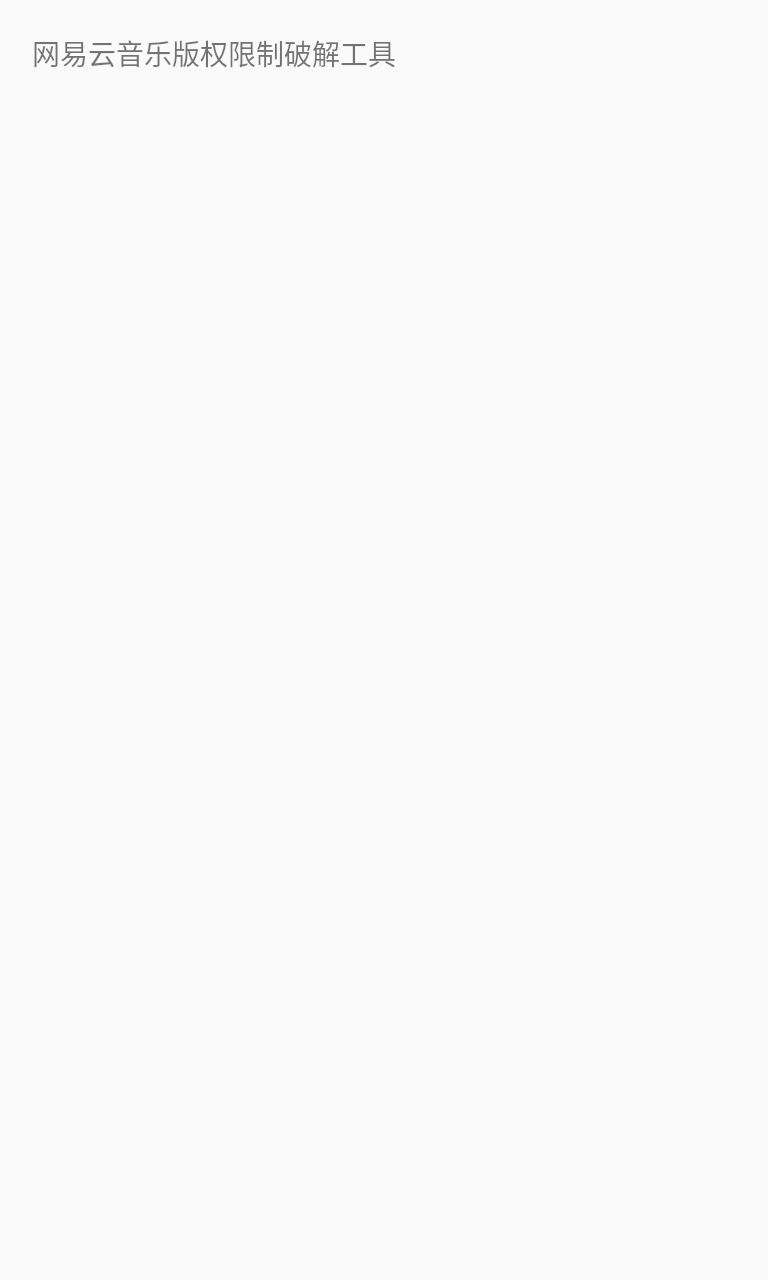
Repository: azureplus/163-music-unlock
Layout: workspace/NetEastMusicCracker/res/layout/activity_main.xml
An editor plug-in stored every save of this project. The layout is shown before and after the next save, followed by the edit.
It is drawn on a 768 x 1280 px phone screen (xhdpi) without system bars, with theme AppTheme; the app's code is not run.

Above is the layout before, as saved 2015-10-25 18:44:45.

After the next save:
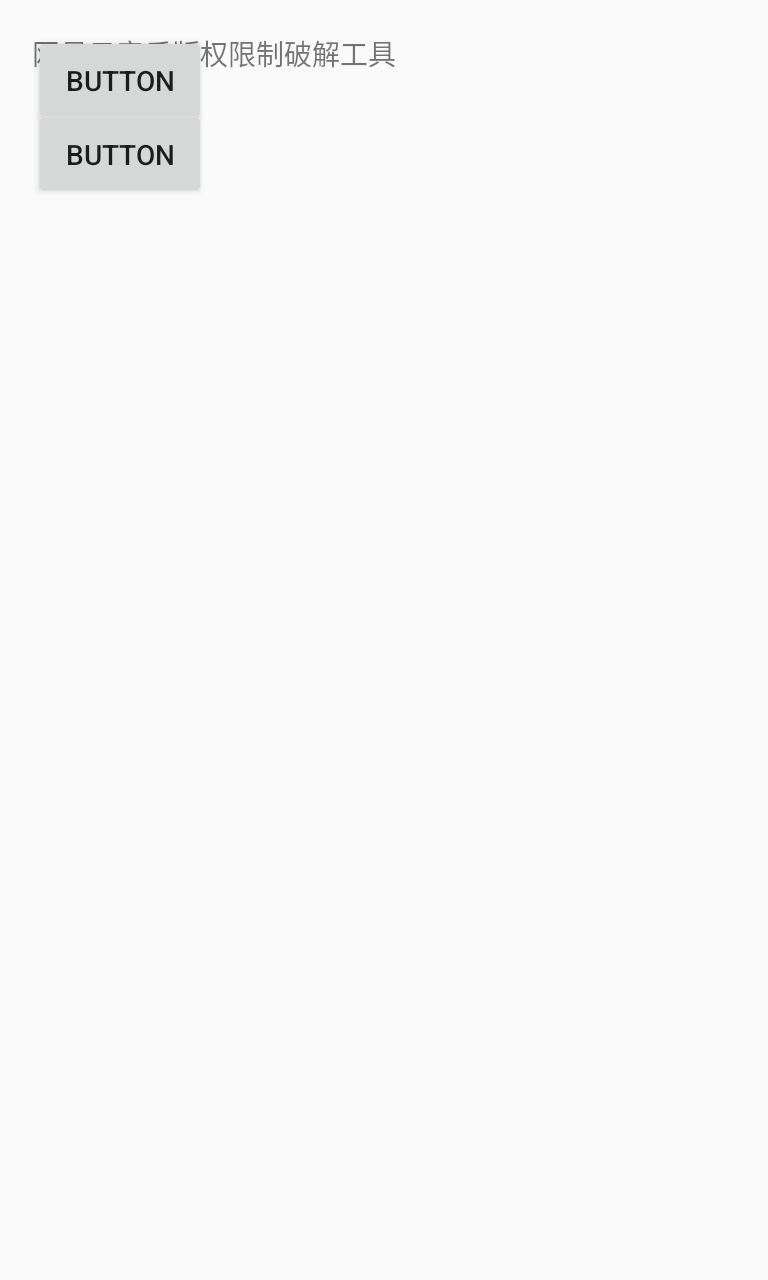
Saved 2 min 21 s later.
--- a/workspace/NetEastMusicCracker/res/layout/activity_main.xml
+++ b/workspace/NetEastMusicCracker/res/layout/activity_main.xml
@@ -9,9 +9,25 @@
     tools:context="org.chiontang.neteastmusiccracker.MainActivity" >
 
     <TextView
+        android:id="@+id/textView1"
         android:layout_width="wrap_content"
         android:layout_height="wrap_content"
         android:text="网易云音乐版权限制破解工具" />
 
+    <Button
+        android:id="@+id/button1"
+        android:layout_width="wrap_content"
+        android:layout_height="wrap_content"
+        android:layout_alignParentLeft="true"
+        android:layout_below="@+id/textView1"
+        android:layout_marginTop="16dp"
+        android:text="Button" />
+
+    <Button
+        android:id="@+id/button2"
+        android:layout_width="wrap_content"
+        android:layout_height="wrap_content"
+
+        android:text="Button" />
 
 </RelativeLayout>
